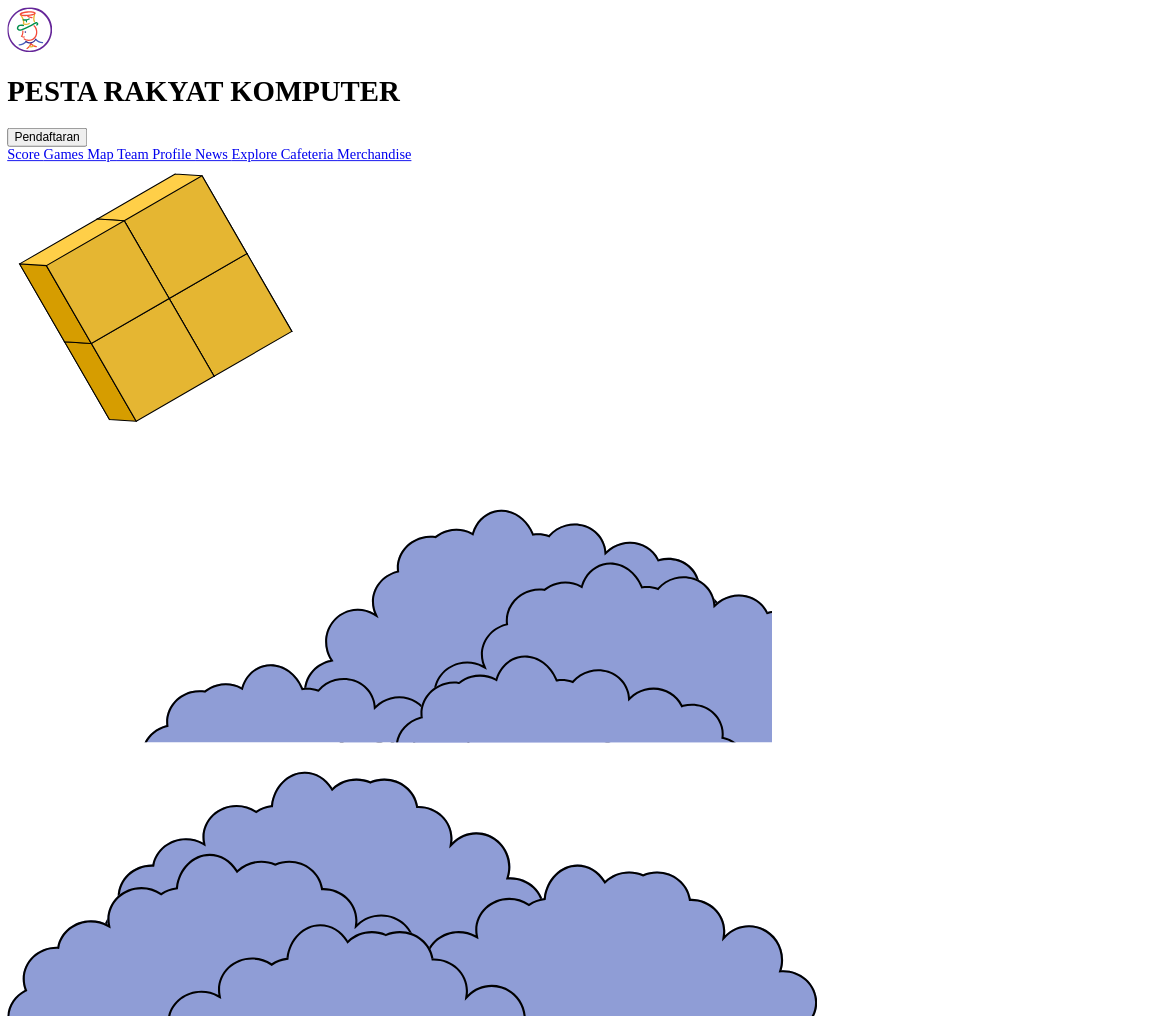
Repository: risalstrr/RegistPerak
Page: /
An editor plug-in stored every save of this project. The page is shown before and after the next save, followed by the edit.
The browser window is 1280 px wide. The pictures show the whole page, at 90% of full size.
The project was rebuilt for these pictures with package versions that can differ from the ones it lists, and the page was loaded fresh each time. The framework's server and built-in components were replaced by stand-ins that run in the browser. Also part of the build but not shown: next.config.js.

Above is the page before, as saved 2021-12-29 19:22:44.

After the next save:
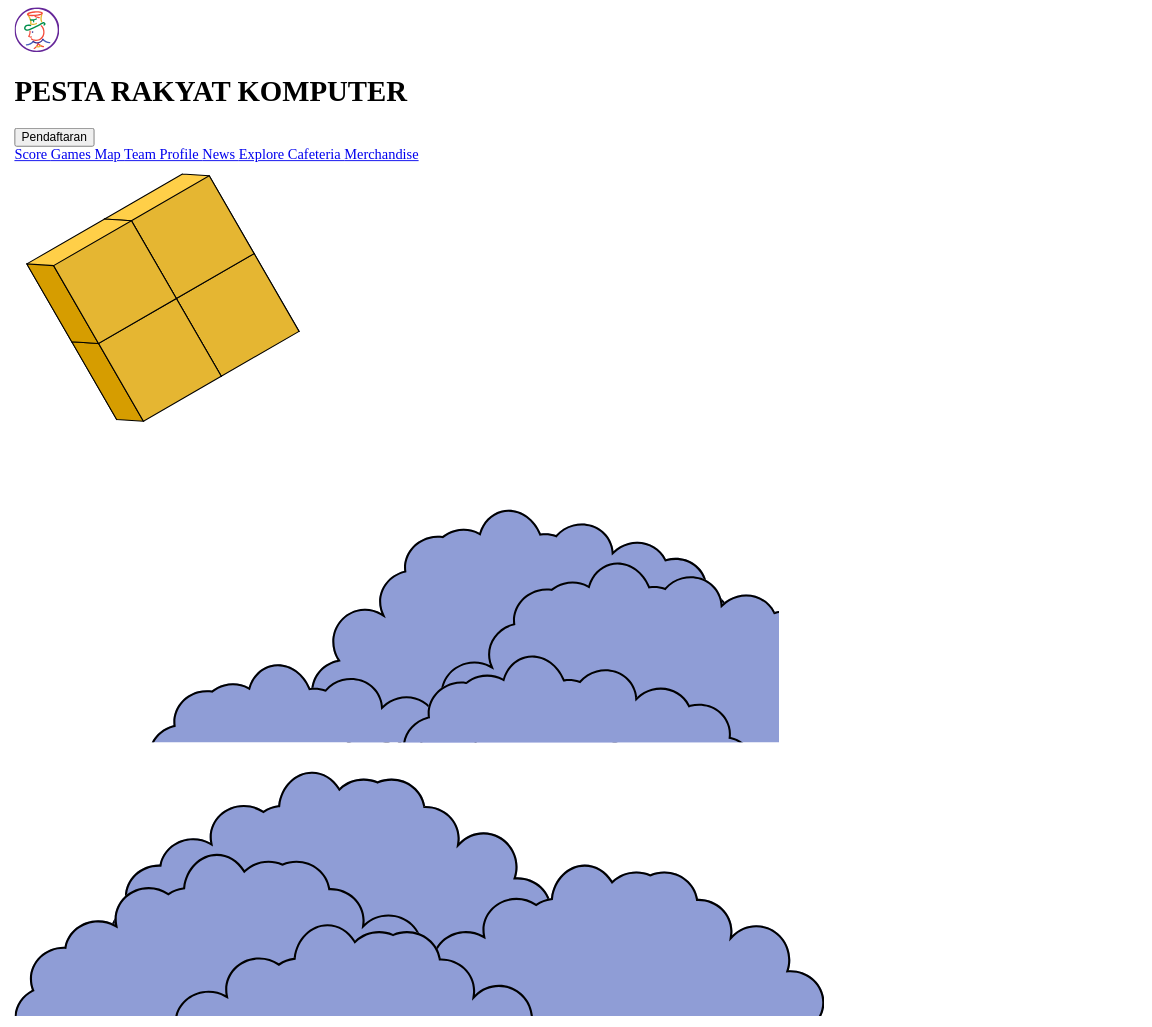
Saved 4 min 38 s later.
--- a/pages/index.js
+++ b/pages/index.js
@@ -6,7 +6,7 @@
 export default function Home() {
     const [isMobile, setIsMobile] = useState(false)
     return ( <
-        div className = "bg-[#EBC761] w-full h-screen" >
+        body className = "bg-[#EBC761]" >
         <
         Head >
         <
@@ -89,6 +89,6 @@
 
         <
         /div> <
-        /div>
+        /body>
     )
 }

After the 3 saves that followed:
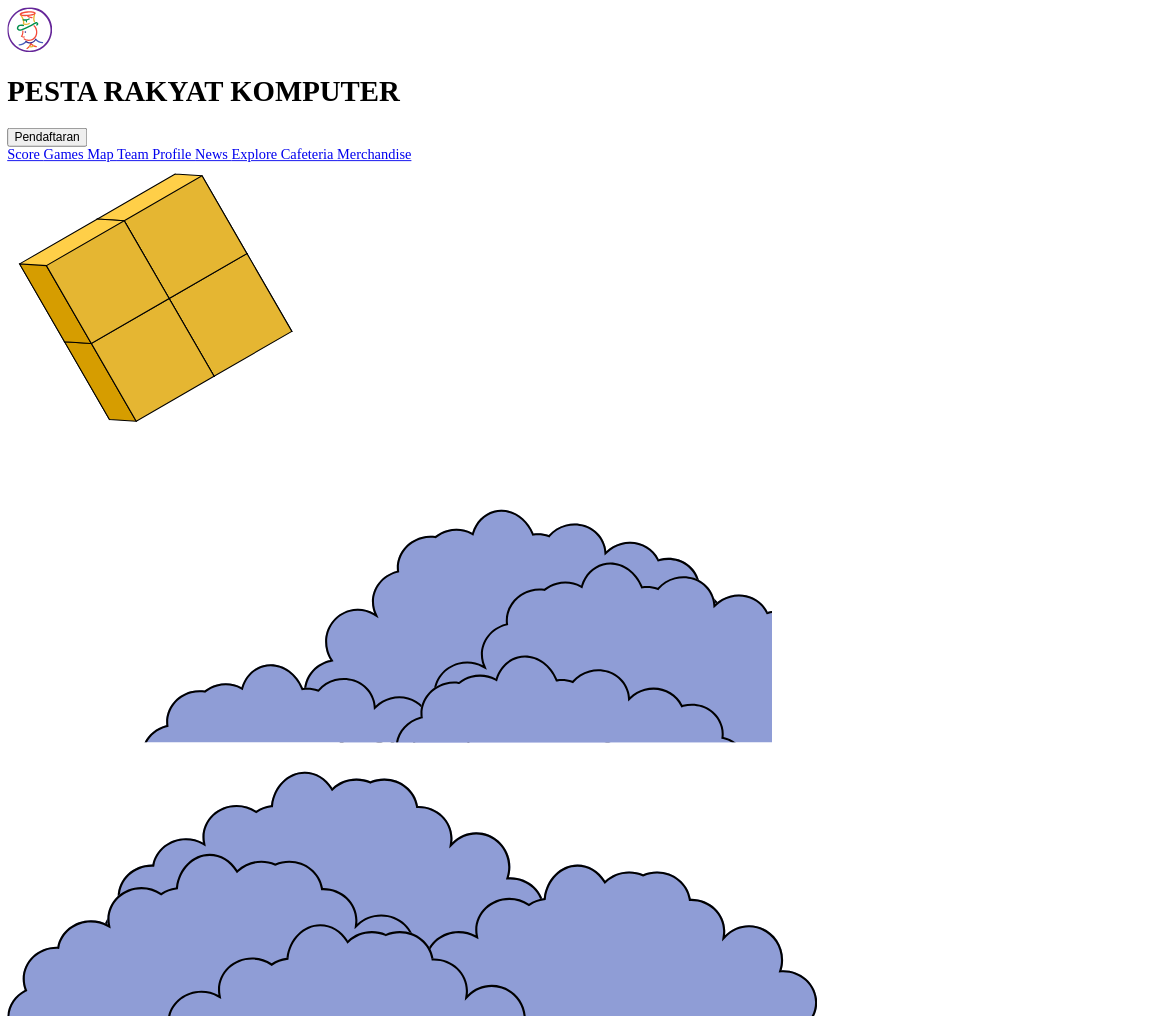
The 3 saves are shown as one change because 2 left the picture as it was.
The last was saved 117 s later.
--- a/pages/index.js
+++ b/pages/index.js
@@ -6,12 +6,11 @@
 export default function Home() {
     const [isMobile, setIsMobile] = useState(false)
     return ( <
-        body className = "bg-[#EBC761]" >
-        <
-        Head >
-        <
-        title > Homepage Pendaftaran < /title> <
-        /Head> <
+        div className = "bg-[#EBC761] w-full h-screen" > {
+            /* <Head>
+                    <title>Homepage Pendaftaran</title>
+                  </Head> */
+        } <
         div className = 'z-10 flex flex-col lg:flex-row bg-[#F1D78E]' >
         <
         div className = 'bg-[#F1D78E] border-b lg:border-b-0 flex items-center justify-between' >
@@ -89,6 +88,6 @@
 
         <
         /div> <
-        /body>
+        /div>
     )
 }
